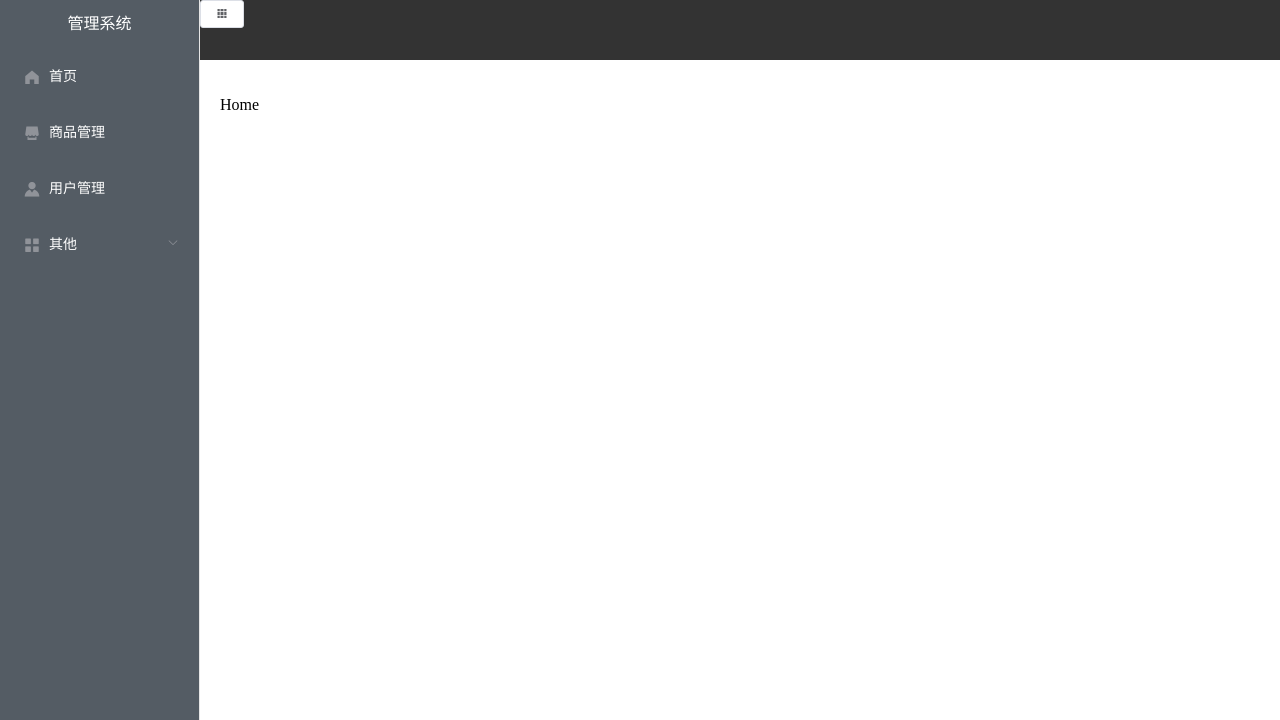
Repository: tkqi/manage
Page: /
The author's editor kept a copy of each file at every save. The page is drawn from the files as they stood at one save, then again after the next save.
The browser window is 1280 px wide. The pictures show the whole page.
The project was rebuilt for these pictures with package versions that can differ from the ones it lists, and the page was loaded fresh each time. Also part of the build but not shown: vue.config.js.

Above is the page before, as saved 2023-12-01 16:04:26.

After the next save:
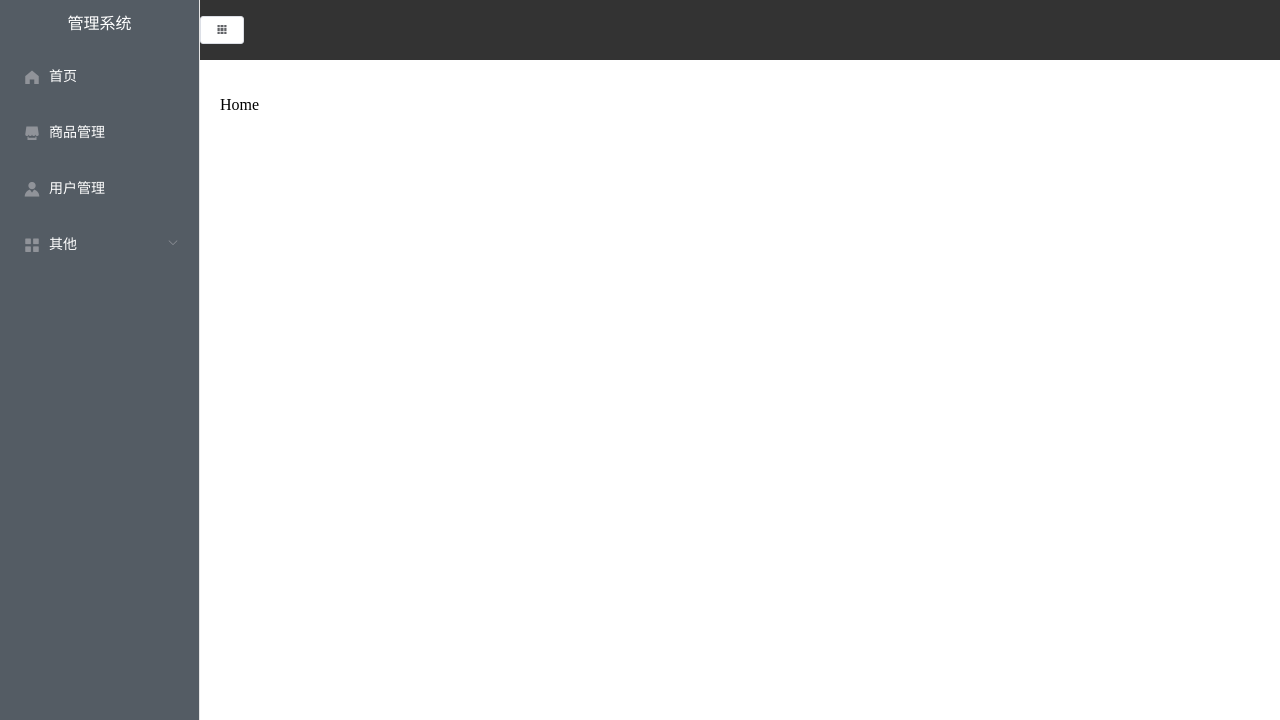
Saved 56 s later.
--- a/src/components/topbar.vue
+++ b/src/components/topbar.vue
@@ -16,9 +16,14 @@ export default {
 .head-container {
     background-color: #333;
     height: 60px;
+    display: flex;
+    justify-content: space-between;
+    align-items: center;
 }
 
-.l-content {}
+.l-content {
+
+}
 
 .r-content {}
 </style>
